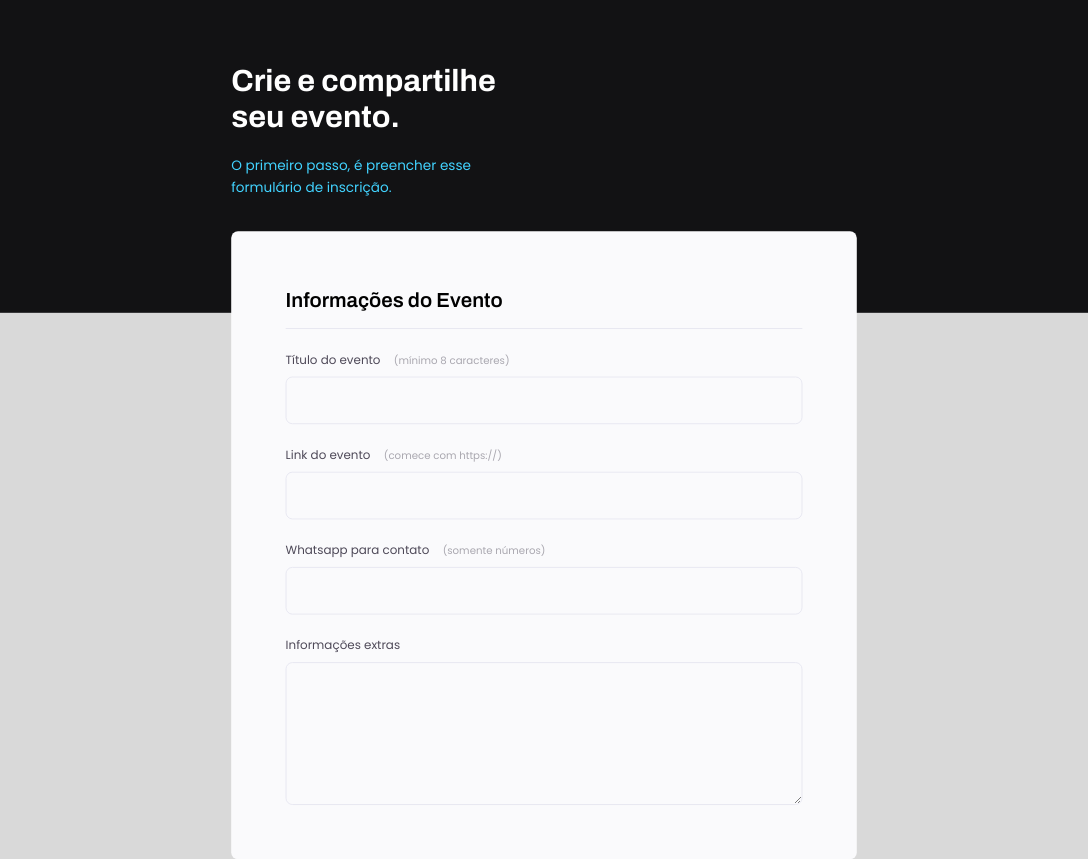
Repository: devMuriloOliveira/Formulario
Page: index.html
An editor plug-in stored every save of this project. The page is shown before and after the next save, followed by the edit.
The browser window is 1280 px wide. The pictures show the whole page, at 85% of full size.

Above is the page before, as saved 2023-10-31 21:31:50.

After the next save:
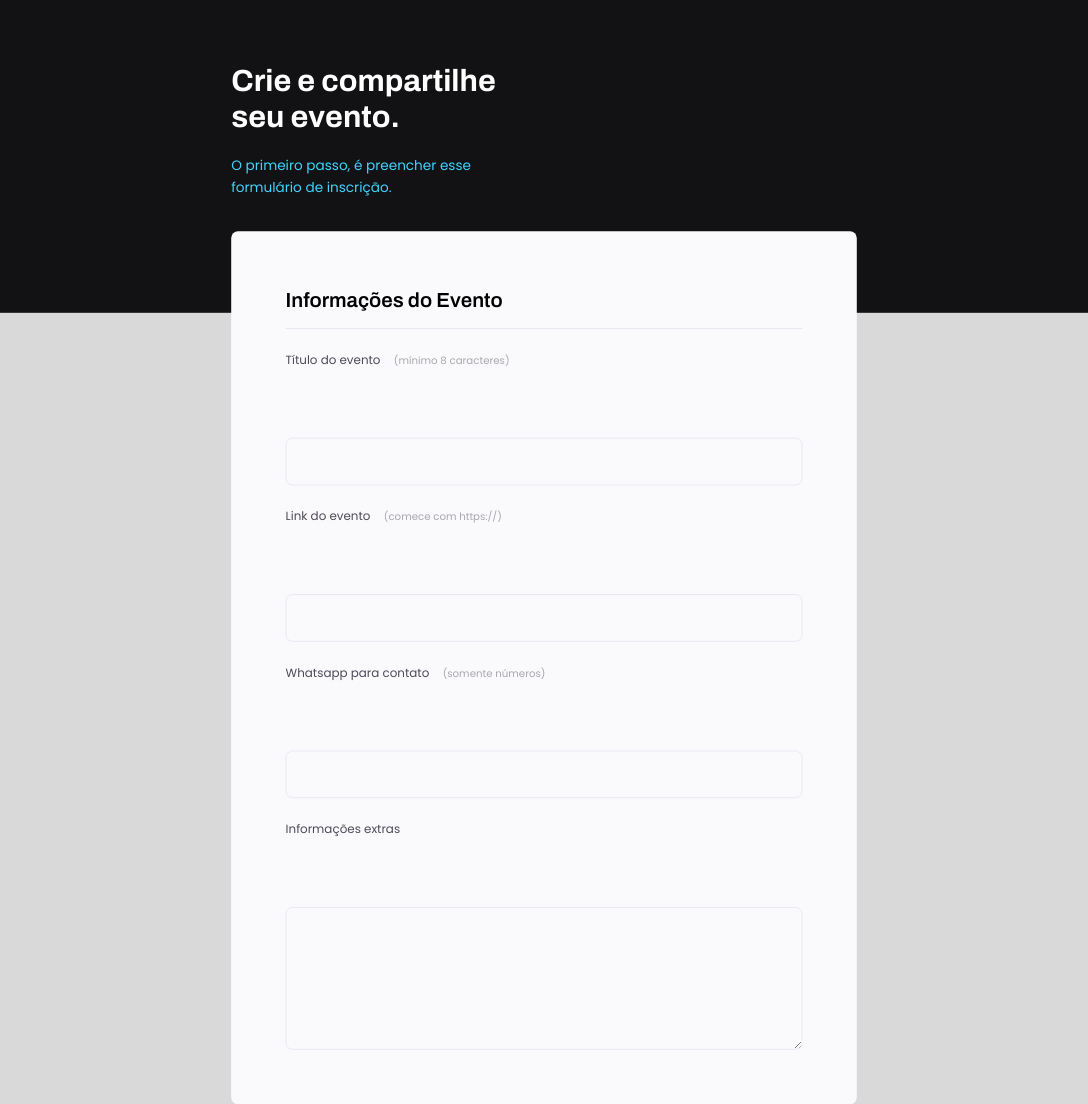
Saved 15 s later.
--- a/style.css
+++ b/style.css
@@ -95,7 +95,7 @@
   line-height: 24px;
 
   color: #4E4958;
-  margin-bottom: 8px;
+  margin-bottom: 80px;
 }
 
 .input-wrapper label span{

After the save that followed:
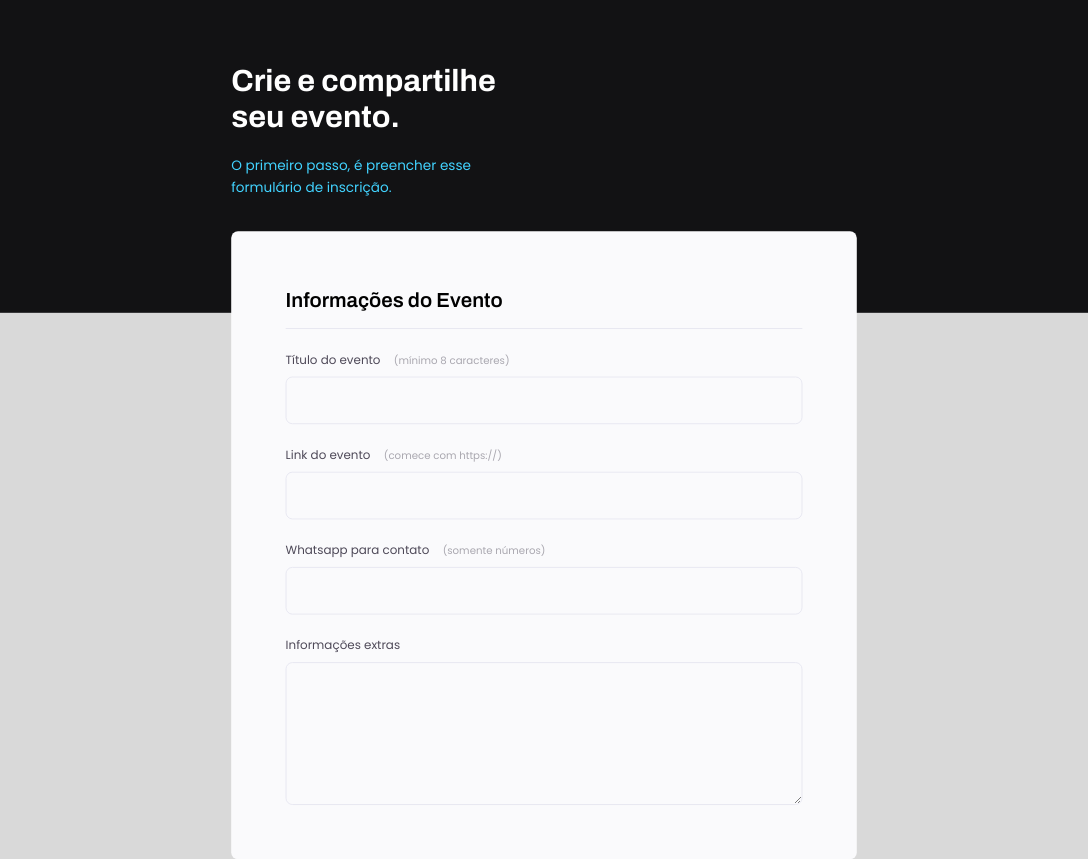
Saved 5 s later.
--- a/style.css
+++ b/style.css
@@ -95,7 +95,7 @@
   line-height: 24px;
 
   color: #4E4958;
-  margin-bottom: 80px;
+  margin-bottom: 8px;
 }
 
 .input-wrapper label span{
